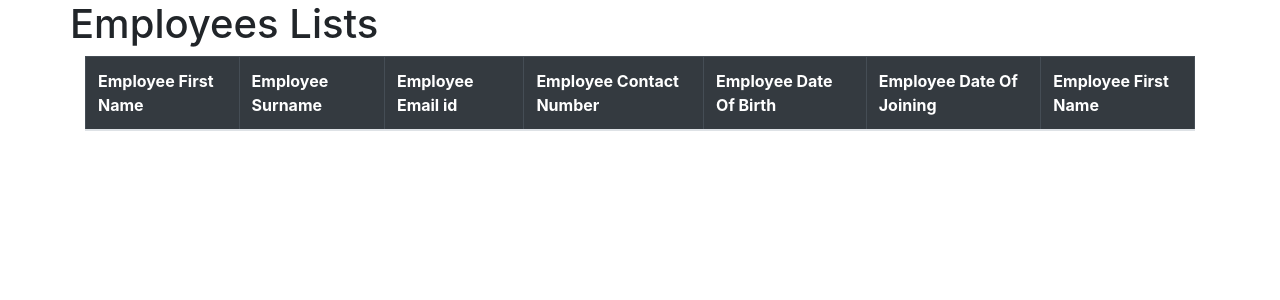
Repository: smrutiranjan-84/Assignment
Page: http://localhost/employees
The author's editor kept a copy of each file at every save. The page is drawn from the files as they stood at one save, then again after the next save.
The browser window is 1280 px wide. The pictures show the whole page.
The page is this project's Thymeleaf template; nobody is signed in. The template is opened directly, without the code that normally fills it, so the values that code supplies are empty.

Above is the page before, as saved 2022-01-18 18:19:43.

### EmployeeApplication/src/main/resources/templates/employees.html
<!DOCTYPE html>
<html>
<head>
<meta charset="ISO-8859-1">
<title>Employee Management App</title>
<link rel="stylesheet" href="https://stackpath.bootstrapcdn.com/bootstrap/4.4.1/css/bootstrap.min.css"
integrity="sha384-Vkoo8x4CGsO3+Hhxv8T/Q5PaXtkKtu6ug5TOeNV6gBiFeWPGFN9MuhOf23Q9Ifjh"
crossorigin="anonymous">
</head>
     <body>
           <div class="container">
               <div class="row">
                  <h1> Employees Lists</h1>
           </div>
          <table class="table table-striped table-bordered">
              <thead class= "table-dark">

                      <tr>
                          <th>Employee First Name </th>
                          <th>Employee Surname </th>
                          <th>Employee Email id </th>
                          <th>Employee Contact Number </th>
                          <th>Employee Date Of Birth </th>
                          <th>Employee Date Of Joining </th>
                          <th>Employee First Name </th>

                     </tr>
             </thead>
        </table>

     </div>

   </body>
</html>

After the next save:
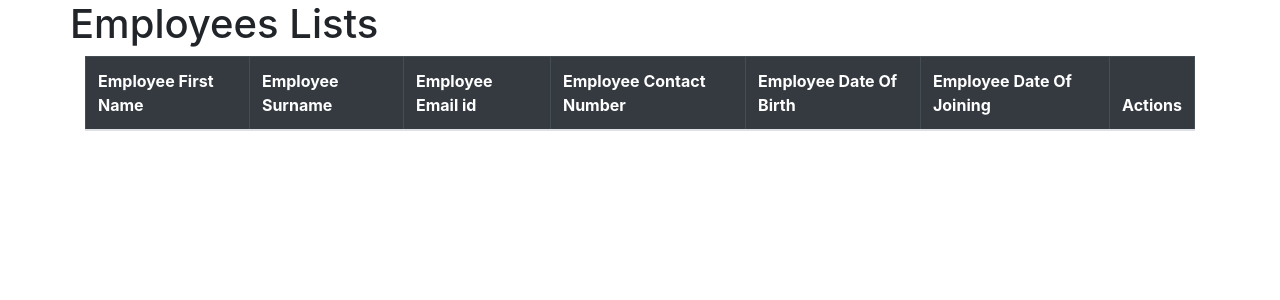
Saved 59 s later.
--- a/EmployeeApplication/src/main/resources/templates/employees.html
+++ b/EmployeeApplication/src/main/resources/templates/employees.html
@@ -16,13 +16,13 @@ crossorigin="anonymous">
               <thead class= "table-dark">
 
                       <tr>
-                          <th>Employee First Name </th>
-                          <th>Employee Surname </th>
-                          <th>Employee Email id </th>
-                          <th>Employee Contact Number </th>
-                          <th>Employee Date Of Birth </th>
-                          <th>Employee Date Of Joining </th>
-                          <th>Employee First Name </th>
+                          <th> Employee First Name </th>
+                          <th> Employee Surname </th>
+                          <th> Employee Email id </th>
+                          <th> Employee Contact Number </th>
+                          <th> Employee Date Of Birth </th>
+                          <th> Employee Date Of Joining </th>
+                          <th> Actions </th>
 
                      </tr>
              </thead>
